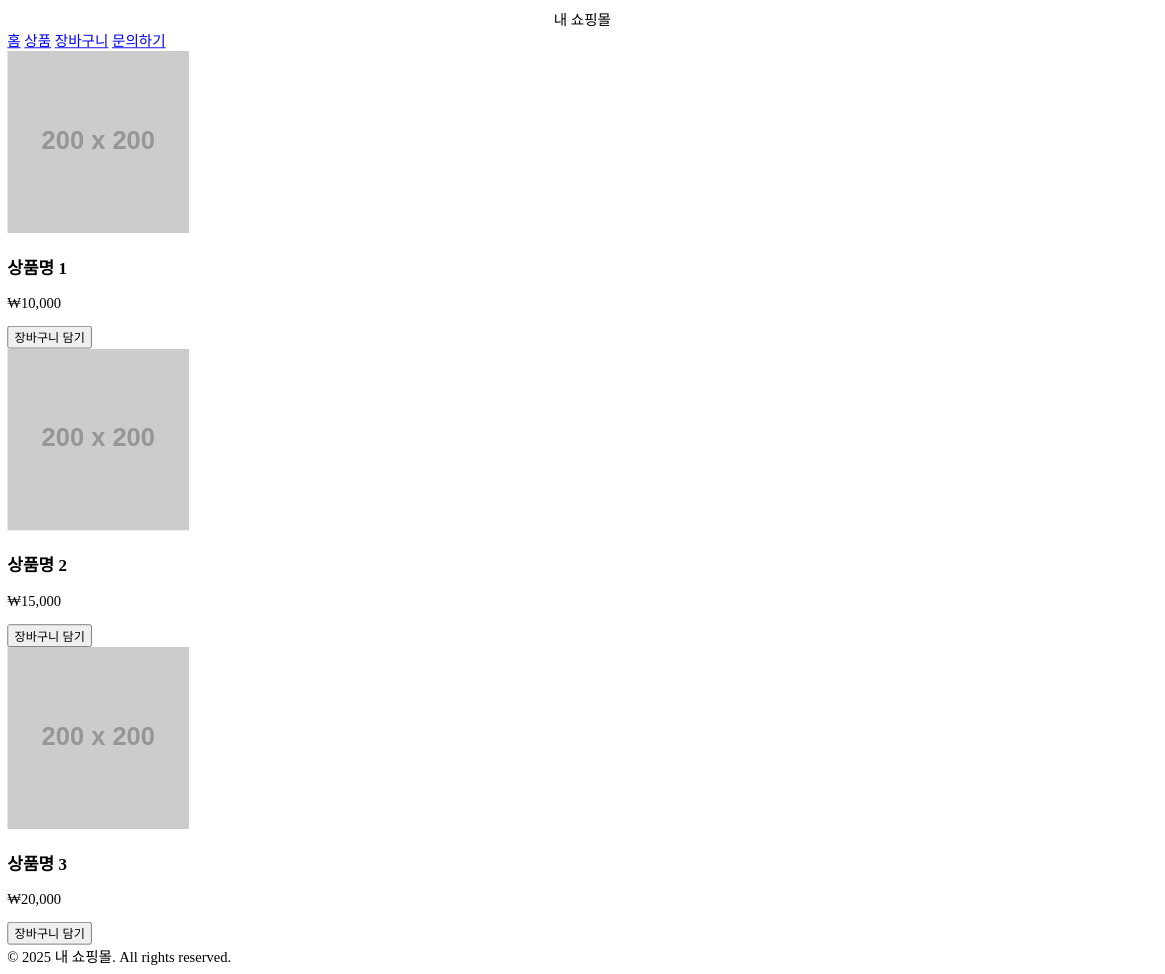
Repository: SeungYeon04/A_AssetsJSP
Page: http://localhost/JSP_Start01/
The author's editor kept a copy of each file at every save. The page is drawn from the files as they stood at one save, then again after the next save.
The browser window is 1280 px wide. The pictures show the whole page, at 91% of full size.
Some web fonts or font styles are not loaded; a fallback is used. The page is served by Tomcat 9.

Above is the page before, as saved 2025-03-11 05:20:54.

After the next save:
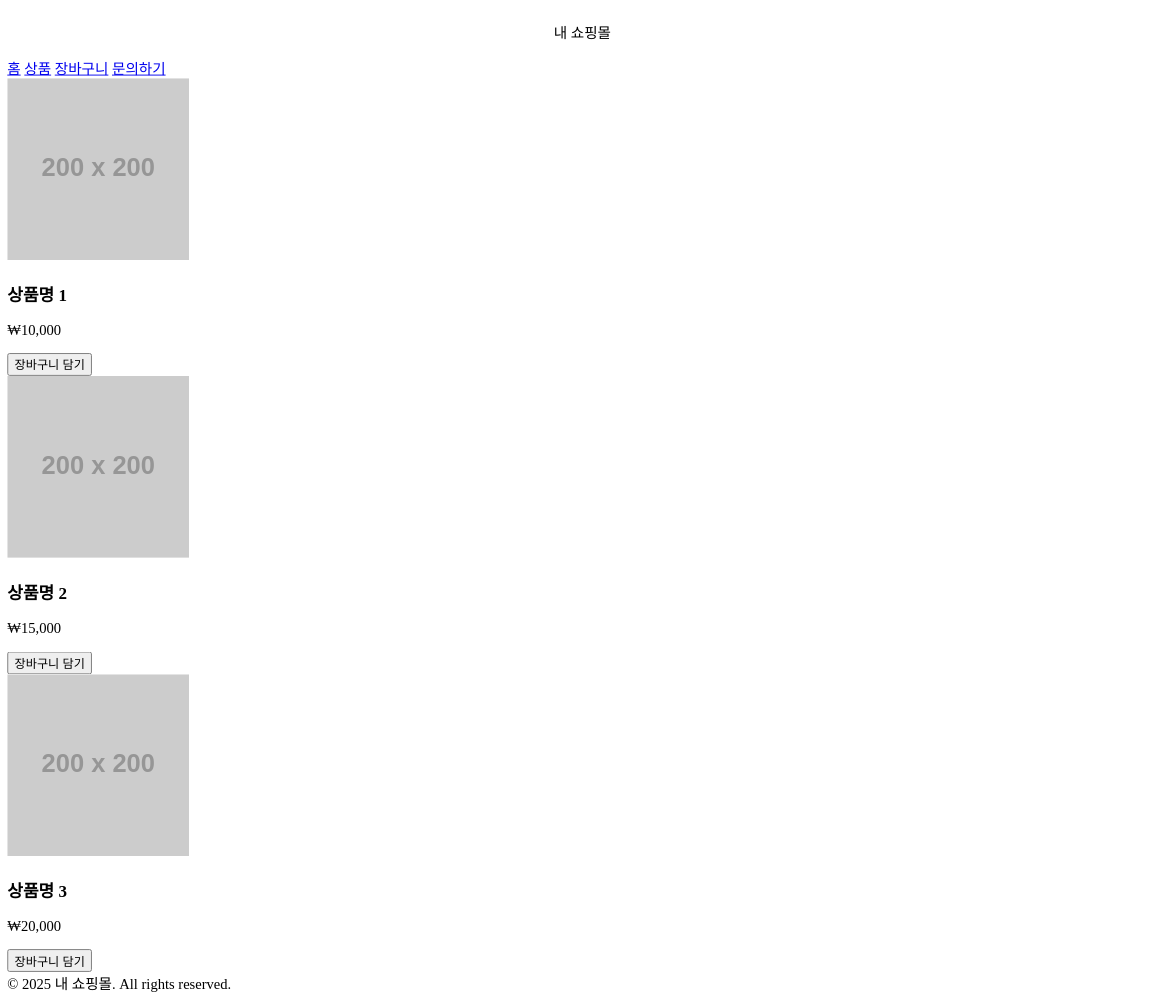
Saved 4 s later.
--- a/JSP_Start01/src/main/webapp/index.jsp
+++ b/JSP_Start01/src/main/webapp/index.jsp
@@ -48,7 +48,7 @@
 
     	header {
     		text-align: center;
-    		padding:
+    		padding: 15px 0;
     	}
 
 	    @font-face {
